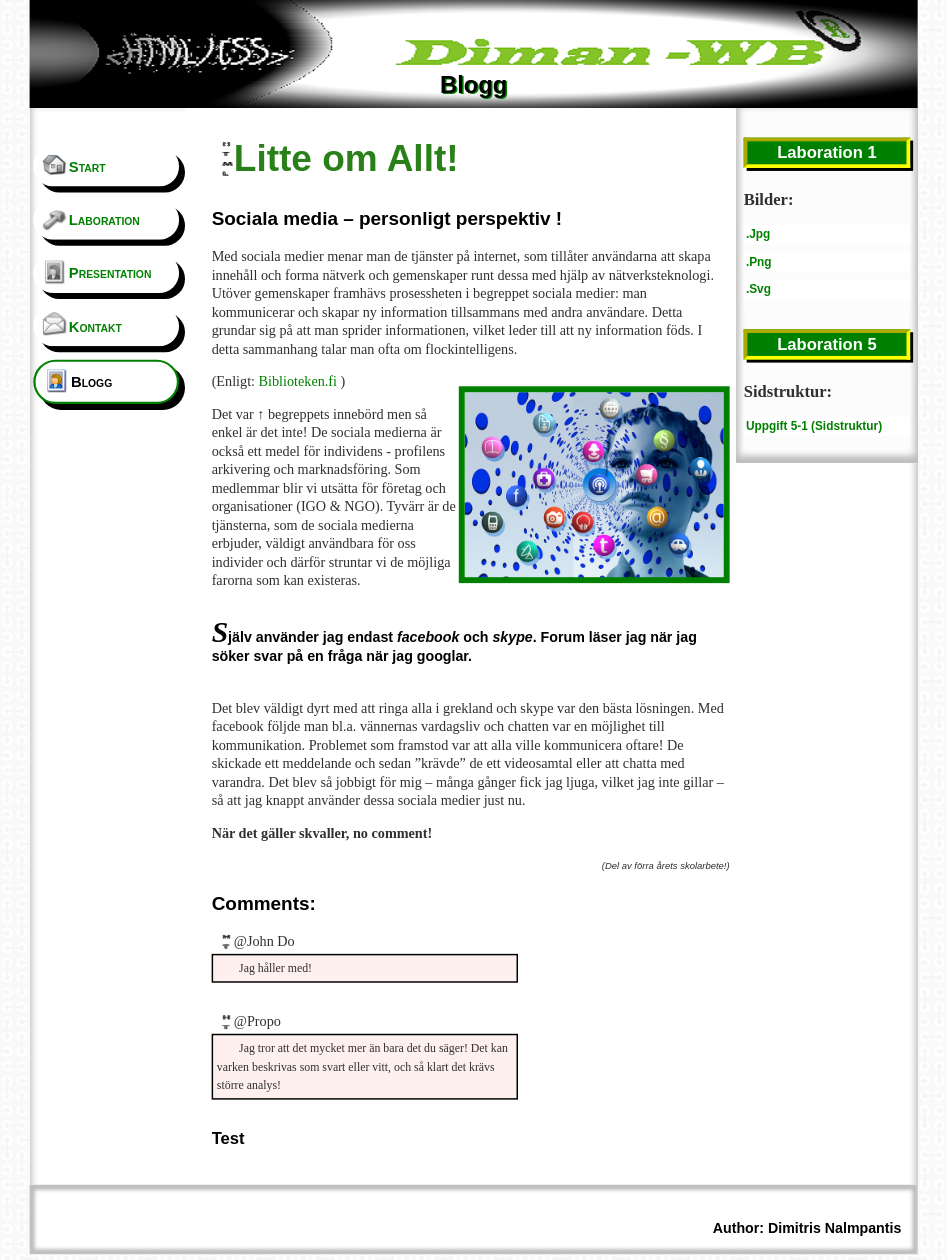
Repository: dn222em/1ik415-laborationer
Page: pages/blogg.html
The author's editor kept a record of every edit. The page is drawn from the files as they stood at one moment, then again after the next edit.
The browser window is 1280 px wide. The pictures show the whole page, at 74% of full size.
Backgrounds fixed to the window are drawn as part of the page.

Above is the page before.

### pages/blogg.html
<!doctype html>
<html lang="sv">
	<head >
			<script>
				document.createElement("header");
				document.createElement("hgroup");
				document.createElement("footer");
				document.createElement("article");
				document.createElement("main");
				document.createElement("section");
				document.createElement("nav");
				document.createElement("aside");
				document.createElement("address");
			</script>
		<meta charset="utf-8" />

			<title>KursBlogg</title>

				<link rel="stylesheet" href="../../CSS/stylenew.css"/>
				<link rel="stylesheet"media="only screen and (min-width:481px)"  href="../../CSS/style.css" />
				<link rel="stylesheet" media="only screen and (max-width:480px)" href="../../CSS/spnew.css" />
				<link rel="apple-touch-icon" sizes="144x144" href="../CSS/pics/apple-touch-icon-144x144.png" />
				<link rel="shortcut icon" href="../CSS/pics/favicon.png" type="image/png" />
					<meta name="viewport" content="width=device-width, initial-scale=1.0" />
	</head>
		<body>
	<div id="container">
		<header>

			<h1 id="title">Blogg</h1>
	</header>
	<nav>

			<ul id="menu_pictures" class="nav">
				<li><a id ="home" href="../index.html" class="active">Start</a></li>
				<li><a id ="labor" href="laborationer.html" class="active">Laboration</a></li>
				<li><a id ="present" href="Presentation.html"class="active">Presentation</a></li>
				<li><a id ="cont" href="Kontakt.html" class="active">Kontakt</a></li>
				<li><a id ="present"href="blogg.html" class="active5">Blogg</a></li>
			</ul>

	</nav>
	<main>
		<article>
			<section>
				<h2 class="minilogo">Litte om Allt!</h2>
		<h3 >Sociala media – personligt perspektiv !</h2>
			<p> Med sociala medier menar man de tjänster på internet, som tillåter användarna
			att skapa innehåll och forma nätverk och gemenskaper runt dessa med hjälp av
			nätverksteknologi. Utöver gemenskaper framhävs prosessheten i begreppet sociala
			medier: man kommunicerar och skapar ny information tillsammans med andra
			användare. Detta grundar sig på att man sprider informationen, vilket leder till
			att ny information föds. I detta sammanhang talar man
			ofta om flockintelligens.</p>

			        <p class="sociall"><!--<img src="CSS/pics/social-networks.jpg"
			        alt="sociala-medier">--></p>


			<p>(Enligt: <a href="http://www.biblioteken.fi/sv-FI/informationssokning/sociala-
			medier/" target="blank">Biblioteken.fi</a></a> )</p>

			<p>Det var ↑ begreppets innebörd men så enkel är det inte! De sociala medierna är
			också ett medel för individens - profilens arkivering och marknadsföring. Som medlemmar
			blir vi utsätta för företag och organisationer (IGO & NGO). Tyvärr är de tjänsterna,
			som de sociala medierna erbjuder, väldigt användbara
			för oss individer och därför struntar vi de möjliga farorna som kan existeras. </p>
			</section>
			<section>
		<h6><strong><code id="special"><em>S</em></code>jälv använder jag endast <em>facebook</em> och  <em>skype</em>.
			Forum läser jag när jag söker svar på en fråga när jag googlar.</strong></h6>

			<p>Det blev väldigt dyrt med att ringa alla i grekland och skype
			var den bästa lösningen. Med facebook följde man bl.a. vännernas vardagsliv
			och chatten var en möjlighet till kommunikation. Problemet som framstod
			var att alla ville kommunicera oftare! De skickade ett meddelande och
			sedan ”krävde” de ett videosamtal eller att chatta med varandra. Det
			blev så jobbigt för mig – många gånger fick jag ljuga, vilket jag inte gillar –
			så att jag knappt använder dessa sociala medier just nu. </p>

			<p><strong>När det gäller skvaller, no comment!</strong></p>

			<p id="ps"><em>(Del av förra årets skolarbete!)</em></p>

			<h3>Comments:</h3>
			<div class ="kommentar">
				<section>
					<p class="namn">@John Do</p>
					<p class="kom">Jag håller med!</p>
				</section>
				<section>
				<p class="namn">@Propo</p>
					<p class="kom">Jag tror att det mycket mer än bara det du säger! Det kan varken beskrivas som svart eller vitt, och så klart det krävs större analys!</p>
				</section>
				</div>
			<!--/section>
			<<div class="kommentar">
				<secton>
		<h4>Kommentar</h4>
			<fieldset>
					<textarea  placeholder="Din Kommentar här"
					name="kommentar" cols="50" rows="8"></textarea>
					</fieldset>
					<input class="zozo" type="submit" name="submit" id="submit" value="Skicka" />
				</section>
				<secton>
						<textarea placeholder="Din Kommentar här"
						name="kommentar" cols="50" rows="8"></textarea>
						<input class="zozo" type="submit" name="submit" id="submit" value="Skicka" />
				</section>
			</div> <!---->
		</article>
		<section>
			<h4>Test</h4>
		</section>
	</main>

	<aside>
		<section id="aside-one">
			<h4>Laboration 1</h4>
				<p>Bilder:</p>
					<ul>
						<li><a href="Presentation.html#bild">.jpg</a></li>
						<li><a href="../index.html#logo">.png</a></li>
						<li><a href="../index.html#svg1">.svg</a></li>
					</ul>
		</section>
		<section id="aside-two">
			<h4>Laboration 5</h4>
				<p>Sidstruktur:</p>
					<ul>
						<li><a href="blogg.html">Uppgift 5-1 (Sidstruktur)</a></li>
					</ul>
		</section>
	</aside>
	<footer>
	<h6>Author: Dimitris Nalmpantis</h6>
	</footer>

	</div>
		</body>
</html>

### CSS/stylenew.css
/*Reset-styleshhet
-----------------------------------------------------------------------------*/
/* http://meyerweb.com/eric/tools/css/reset/
   v2.0 | 20110126
   License: none (public domain)
*/

/*html, body, div, span, applet, object, iframe,
h1, h2, h3, h4, h5, h6, p, blockquote, pre,
a, abbr, acronym, address, big, cite, code,
del, dfn, em, img, ins, kbd, q, s, samp,
small, strike, strong, sub, sup, tt, var,
b, u, i, center,
dl, dt, dd, ol, ul, li,
fieldset, form, label, legend,
table, caption, tbody, tfoot, thead, tr, th, td,
article, aside, canvas, details, embed,
figure, figcaption, footer, header, hgroup,
menu, nav, output, ruby, section, summary,
time, mark, audio, video {
	margin: 0;
	padding: 0;
	border: 0;
	font-size: 100%;
	font: inherit;
	vertical-align: baseline;
}
/* HTML5 display-role reset for older browsers */
/*article, aside, details, figcaption, figure,
footer, header, hgroup, menu, nav, section {
	display: block;
}
body {
	line-height: 1;
}
ol, ul {
	list-style: none;
}
blockquote, q {
	quotes: none;
}
blockquote:before, blockquote:after,
q:before, q:after {
	content: '';
	content: none;
}
table {
	border-collapse: collapse;
	border-spacing: 0;
}
/*End of Reset - stylesheet
--------------------------------------------------------------------*/
/*CSS -Stylesheet
======================================================================================================
-----------------------------------------------------------------------------------------------------------*/


/*Layout
 Using: Two columns floating layout
Total width: 1200px
-----------------------------------------------------------------------------------------------------------*/
/*Container white (#FFFFF)
*Top -  green { #125F1B } --> Title( #2A8018)
*Navigation green
*Content - #FFFFF
*footer-white { #fff }
*Siderbar #fcfcfc (white.gray)

------------------------------------------------------------------*/

article, aside, details, figcaption, figure, footer, header, hgroup, main, menu,
nav, section{display: block;}

#container {
	max-width: 1200px;
	background-color:white;
	margin:0 auto;
	margin-top:-25px;
	box-shadow:3px 0px 8px  0px #bdbdbd inset;
	box-shadow:0px 0px 10px  3px #bdbdbd inset;


}

/*Top
-------------------------------------------------------------------*/
header {

	height: 150px;
	background-color: #125F1B;
	background: url('../pics/logo.png') no-repeat; background-size: 1200px 150px;
	border-radius:00px;

}

title {
	font-family: "arial", "helvetica", "serif";
	color: black;
	font-size:2em;
	text-shadow: 2px 2px green;
	text-align:center;
	padding-top: 90px;
}

/*Navigation -Menu
-------------------------------------------------------------------*/
nav {

	margin-top: 1px;
	width: 210px;
	float: left;
	background-color:#FFF;
	padding:0px;
	padding-top:50px;
	box-shadow:9px 3px 8px -6px #bdbdbd inset;
}
/*Menu attributes
------------------------------------------------------*/
nav ul{
	float:left;
	font-family: "arial", "helvetica", "serif"; font-variant:small-caps;
	font-size: 20px;
	font-weight:bold;
	margin-top:1px;
	margin-left:0px;
	padding:0px;

}

nav li {

	list-style-type:none;
	height: 72px; line-height: 48px;
	padding-top:0px;
	padding-left:5px;
	padding-right:0px;
	width: 197px;
	text-decoration:none;
}
nav li a {

						/*border: solid 3px black;*/
						/*text-align:center;*/
						/*	border: inset yellow thick;*/
	display:block;
	border-radius:58px;
    box-shadow:8px 8px black;
	background-color:white; color:green;
	background-image: url(pics/sprite.png);
	text-indent: 45px;
	background-repeat:no-repeat;
	padding:3px 3px 3px 3px;
}

nav li a:visited{ color:white; background-color:green;}

nav li a:hover{ background-color:white;color:green; border: solid 3px #DEBF40;}

nav li a:focus { background-color:black;	color:green;}

/*adding sprites on menu
----------------------------------------*/
#home { background-position: 13px -55px; background-size: 32px;} /*kom ihåg -första gäller x-led och andra y-led (uppe + och nere -) mellanrum mellan bilderna spelar roll*/
#home:hover { background-position:13px 9px;}

#labor { background-position: 13px -180px; background-size: 32px;}
#labor:hover { background-position: 13px -116px;}

#present { background-position: 13px -310px; background-size: 32px}
#present:hover { background-position: 13px -246px;}

#cont { background-position: 13px -440px; background-size: 32px;}
#cont:hover { background-position: 13px -376px;}


a.active1   {background-color:white !important;
			color:black !important;
			border: solid 3px green;
			border-radius:58px;
		    box-shadow:8px 8px black;
			background-position:13px 9px!important;
}
a.active2   {background-color:white !important;
			color:black !important;
			border: solid 3px green;
			border-radius:58px;
		    box-shadow:8px 8px black;
			background-position: 13px -116px!important;
}
a.active3   {background-color:white !important;
			color:black !important;
			border: solid 3px green;
			border-radius:58px;
		    box-shadow:8px 8px black;
			background-position: 13px -246px!important;
}
a.active4   {background-color:white !important;
			color:black !important;
			border: solid 3px green;
			border-radius:58px;
		    box-shadow:8px 8px black;
			background-position: 13px -376px!important;
}
a.active5   {background-color:white !important;
			color:black !important;
			border: solid 3px green;
			border-radius:58px;
		    box-shadow:8px 8px black;
			background-position: 13px -246px!important;
}

/*a.active1234{
			background-color:white !important;
			color:black !important;
			border: solid 3px green;
			border-radius:58px;
		    box-shadow:8px 8px black;
}

.active1   {background-position:13px 9px!important;}
.active2   {background-position: 13px -116px!important;}
.active1234 .active3   {background-position: 13px -246px!important;}
.active1234 .active4   {background-position: 13px -376px!important;}*/


/*End menu!
===========================================================================*/


/*Content
-------------------------------------------------------------------*/
main {

	background-color: #FFF;
	max-width: 700px;
	margin-bottom: 20px;
	float: left;
	padding:0px;
	padding-left:36px;

}

/*Sidebar
-------------------------------------------------------------------*/
aside {

	background-color: #fcfcfc;
	font-family: "arial", "helvetica", "sans-serif";
	border: 0px solid #c2c2c2;
	/*border-radius:7%;*/
	box-shadow:0px -6px 8px 4px #bdbdbd inset;
	margin-top: 0px;
	width: 225px;
	float: right;
	padding:10px 10px;

}

#aside-one {
	padding-top:0px;
	padding-bottom:0px;
	background-color:#fcfcfc;
}
#aside-two {
	padding-top:20px;
	padding-bottom:20px;
	text-align:center;
	padding-top:0px;
	padding-bottom:0px;
	background-color:#fcfcfc;
}
aside /*h3,*/h4 {
	background-color: green;
	color:white;
	text-align:center;
	padding-top:3px;
	padding-bottom:3px;
	box-shadow:4px 4px black;
	border: inset yellow thick;

}
aside p {
	font-size: 1.4em;
	font-weight:bold;
	text-align:left;
}
aside ul {

	font-family: "arial", "helvetica", "serif";
	text-transform:capitalize;
	margin-top:1px;
	margin-left:0px;
	padding:0px;
	text-align:left;
}
aside li {
	list-style-type:none;
	text-decoration:none;
	font-size: 1em;
	font-weight:bold;
	height: 32px; line-height: 20px;
	padding-top:0px;
	padding-bottom:5px;
	padding-left:0px;
	padding-right:0px;
	width:225px;

}
aside li a{
	display:block;
	background-color:white; color:green;
	padding:3px 3px 3px 3px;
}

aside li a:visited{background-color:white; color:green; }

aside li a:hover{ background-color:white;color:green; border: solid 3px #DEBF40;}

aside li a:focus { background-color:green;	color:white;}

aside li a:active {background-color:black; color:white; border: solid 3px #DEBF40;}



/*Footer
--------------------------------------------------------------------*/
footer {
	clear:both;
	padding:0px;
	padding-bottom:30px;
	padding-right:20px;
	background-color:#fff;
	color:white;
	text-align:right;
	height:60px;
	border: 2px solid #c2c2c2;
	/*border-radius:7%;*/
	box-shadow:0px 0px 5px 5px #bdbdbd inset;
}

/*End of layout
=====================================================================================*/


/*Typografi
---------------------------------------------------------------------------------------------------------*/
/*Links
-------------------------------*/
a:link {color:green; text-decoration:none;}
a:visited {color:#CB29D5;} /*lila*/
a:hover{color:red;}
a:focus {color:blue;}
a:active{color:#29D17;} /*light-green*/

/*Headers
------------------------------*/
													/*body {font-family :"times", "georgia", "serif", "Lucida Sans Unicode", "Lucida Grande";
														line-height: 25px; color: #312F2F; font-size: 1.1em; width:674px;} ---->onödigt.Problem*/

h1, h2, h3, h4, h5, h6 {font-family: "arial", "tahoma", "helvetica", "san serif", "verdana";
font-weight:bold; color: #2A8018; line-height: 1.8em;  font-size: 1.8em;} /*tema-green*/

h2 {line-height: 28px;  font-size: 28px;}
h3 {line-height: 26px;  color:  black; font-size: 1.6em;}
h4 {line-height: 25px;  color:  black; font-size: 1.4em;}
h5 {line-height: 25px;  color:  black; font-size: 1.3em; text-transform:uppercase;}
h6 {line-height: 25px;  color:  black; font-size: 1.2em; font-weight:none;}

/*Body
-----------------------------*/
p {font-family : "Times New Roman", "times", "georgia", "serif", "Lucida Sans Unicode", "Lucida Grande";
			line-height: 25px; color: #312F2F; font-size: 1.2em; 	} /*grey-black*/

#content ol, ul{font-family: "arial", "tahoma", "helvetica", "san serif", "verdana";
			line-height: 25px; color: #4829D1; font-size: 1em;}

#content li, dl, dt, dd  {font-family :"times", "georgia", "serif", "Lucida Sans Unicode", "Lucida Grande";
			line-height: 25px; color: #312F2F; font-size: 1em; font-weight:bold;}



/*Media
------------------------------*/
img { max-width:700px;}

video {max-width:700px;}


/*Form -  Contakt.
--------------------------------*/
.contakt_form {max-width:705px;
		padding-top:40px;
		line-height:2em;
		font-size: 1.3em;

}

.contakt_form label { text-align:right;}

.contakt_form input {background-color: #FFF0F0; font-size: 0.7em; margin-bottom:20px;}

.contakt_form option {width:80px; }

.contakt_form textarea {background-color: #FFF0F0; font-size: 0.9em; float:right; resize:vertical; }

.zozo {background-color: rgb(240, 240, 240);
	height: 40px; line-height: 40px;
	text-align:center;
	margin-top:10px;
	border-radius:10%;
	font-size:0.8em;
	box-shadow:8px 8px black;

}

/*Comment
=======================================================================*/
.kommentar textarea{
	background-color:#FFF0F0;
	margin-bottom:80px;
	box-shadow:0px 0px 8px 4px #bdbdbd inset;/*	box-shadow:3px 3px 6px 3px;*/

}
.kommentar .zozo {
	height: 30px; line-height: 20px;
	text-align:center;
	float:left;
	box-shadow:none;

}
.kommentar p {
	background-image:url("pics/minilogob.jpg"); /*minilogo på första titeln*/
	background-repeat: no-repeat;/* repeat, repeat-x, repeat-y */
	background-position: top left; /* right, bottom, center ... */
	background-size: 40px 50px;
	text-indent: 30px;
	font-size:1.2em;
}
.kommentar .kom {
	border:2px solid black;
	margin-top:-15px;
	padding:5px;
	font-size:1em;
	background-color:#FFF0F0;
	width:400px;
	background-image:none;
}
.kommentar section {
	margin-bottom:40px;
}
/*======================================================================*/
/*Speciall typografi- classes
-----------------------------*/
#special {font-family:"sans-serif"; font-size: 40px; font-weight:bold;}

#ps {text-align:right; font-family:"arial", "tahoma", "helvetica", "san serif", "verdana";
			font-size: 0.8em; }


/*Speciall media - classes
-----------------------------*/
.sociall {width: 350px; height: 250px;
		  background-image: url("pics/social-networks.jpg");
		  background-repeat:no-repeat;
		  background-size: 350px; float: right;
		  border:solid 8px green;
}

#bild  {width: auto; height: auto;
		float: right;
		border:solid 8px green;
		margin-right:20px;
		max-width:100%;
		max-height:auto;
}

.minilogo { background-image:url("pics/minilogob.jpg"); /*minilogo på första titeln*/
			background-repeat: no-repeat;/* repeat, repeat-x, repeat-y */
			background-position: top left; /* right, bottom, center ... */
			background-size: 40px 50px;
			text-indent: 30px;
			font-size: 50px;
			line-height:53px;
}

.ram {border-style:double; background-color: rgb(194, 187, 187);
			margin:20px; border-width:8px; padding:20px; }

	.ram h3 {border-bottom:  3px solid black; padding:5px;}

		.right{width: 250px; height: 250px;
			 	float: right;
					border:solid 2px olive;}



/*Speciall tabeller- classes
------------------------------*/

.tables {border:3px solid green; font-size:1.3em; line-height:50px; text-align:center;}

.tables, td {border:solid 2px black ; width: 600px; height:auto;}


.single{border:3px solid green;background-color: /*rgb(150, 224, 150)*/ green;color:white;}

.doubbel{ border:solid 3px green; background-color:/*rgb(240, 240, 240)*/ white;
	color: green;}




/* Print properties. sv- Skrivare
------------------------------------------------------------------------------------------------------*/

@media print{

    /*Layout
    ------------------------*/

#top {display:none;}

#navigation {display:none;}

#sidebar {display:none;}

#footer {display:none;}

#content {border:0; border-style:none; background-color:white;}

#content a:after {
    content: "("attr(href)")";} /*visar hela länken vid utskrift*/

.me {font-family: "arial", "tahoma", "helvetica", "san serif", "verdana";
        font-weight:bold; color: #2A8018; line-height: 1.5em;  font-size: 1.3em;
            float:right;}


/*End Layout
-----------------------------------------------*/


    /*Media
    -----------------------*/
video {display:none;}
img {border:0;}

/*End Media
----------------------------------------------*/



    /*Typografi
    -----------------------*/

h1, h2, h3, h4, h5, h6 {font-family: "arial", "tahoma", "helvetica", "san serif", "verdana";
        font-weight:bold; color: #2A8018; line-height: 1.5em;  font-size: 1.3em;}

p {font-family : "Times New Roman", "times", "georgia", "serif", "Lucida Sans Unicode", "Lucida Grande";
			line-height: 1.5em; color: #312F2F; font-size: 1.1em;} /*grey-black*/

#content ol, ul{font-family: "arial", "tahoma", "helvetica", "san serif", "verdana";
			line-height: 25px; color: #4829D1; font-size: 1em;}

#content li, dl, dt  {font-family :"times", "georgia", "serif", "Lucida Sans Unicode", "Lucida Grande";
			line-height: 1.5em; color: #312F2F; font-size: 1em;}

/*End Typografi
--------------------------------------------*/



	/*Speciall media - classes
    --------------------------*/
.sociall {border:none;}

#bild  {border:none;}

.ram {border-style:none; background-color: none;  }

.ram h3 {border:none;}

.right{ border:none;}


/*End speciall
---------------------------------------------*/


}    /*End Print
====================================================================================================*/




body {
	background: url(pics/connect.png) center center fixed;
	/*float:top left;
	-webkit-background-size: cover;
	-moz-background-size: contain;
	-o-background-size: cover;
	background-size: 100% 100%;
	filter: progid:DXImageTransform.Microsoft.AlphaImageLoader(src='.myBackground.jpg', sizingMethod='scale');
	-ms-filter: "progid:DXImageTransform.Microsoft.AlphaImageLoader(src='myBackground.jpg', sizingMethod='scale')";*/

	/*-moz-background-transform: scale(2);*/

}

Loaded but not shown: CSS/style.css (530 lines, source omitted); CSS/spnew.css (no copy from this time; the picture is the same without it)

After the next edit:
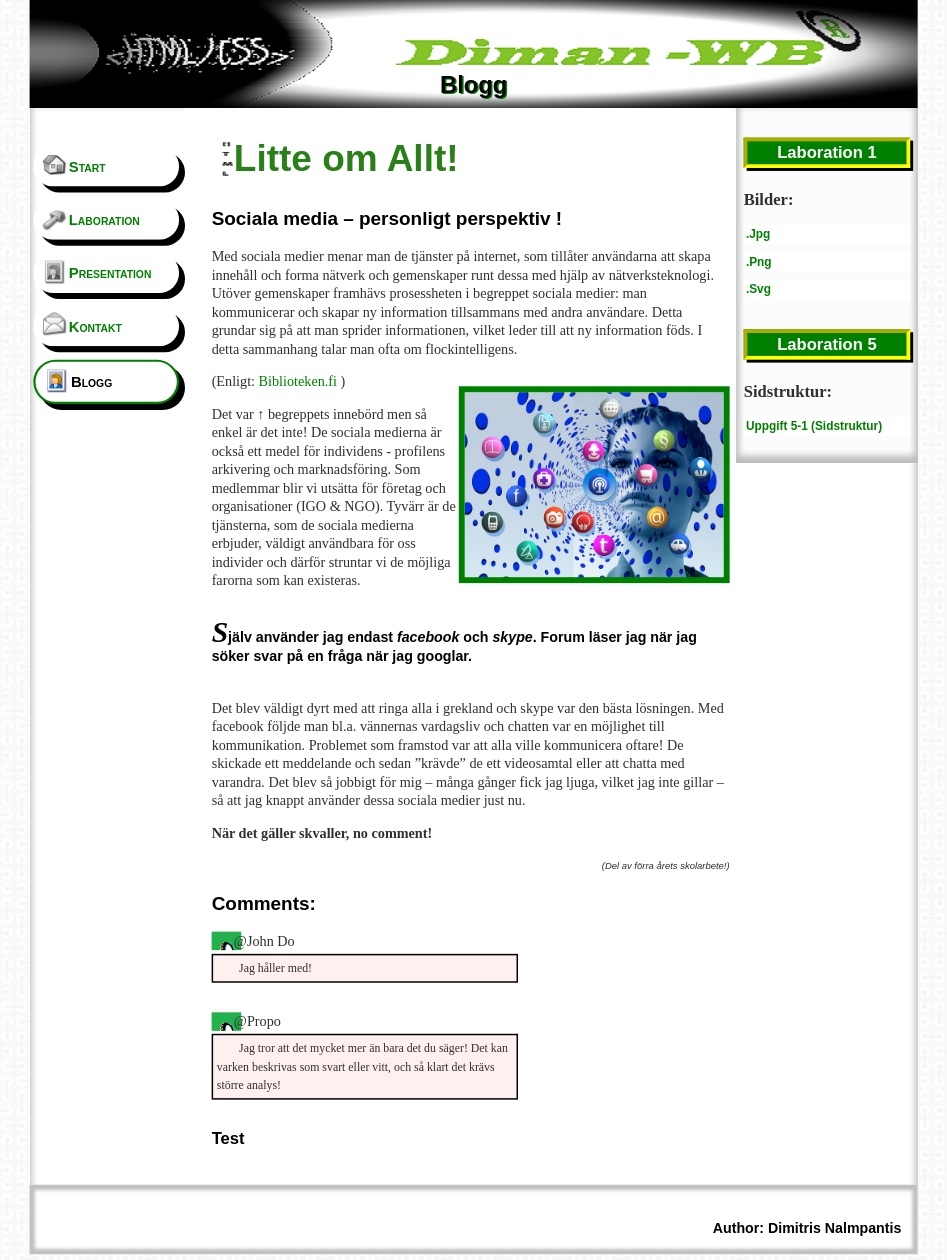
The edit:
--- a/CSS/stylenew.css
+++ b/CSS/stylenew.css
@@ -429,7 +429,7 @@
 
 }
 .kommentar p {
-	background-image:url("pics/minilogob.jpg"); /*minilogo på första titeln*/
+	background-image:url("../CSS/pics/favicon.png"); /*minilogo på första titeln*/
 	background-repeat: no-repeat;/* repeat, repeat-x, repeat-y */
 	background-position: top left; /* right, bottom, center ... */
 	background-size: 40px 50px;
